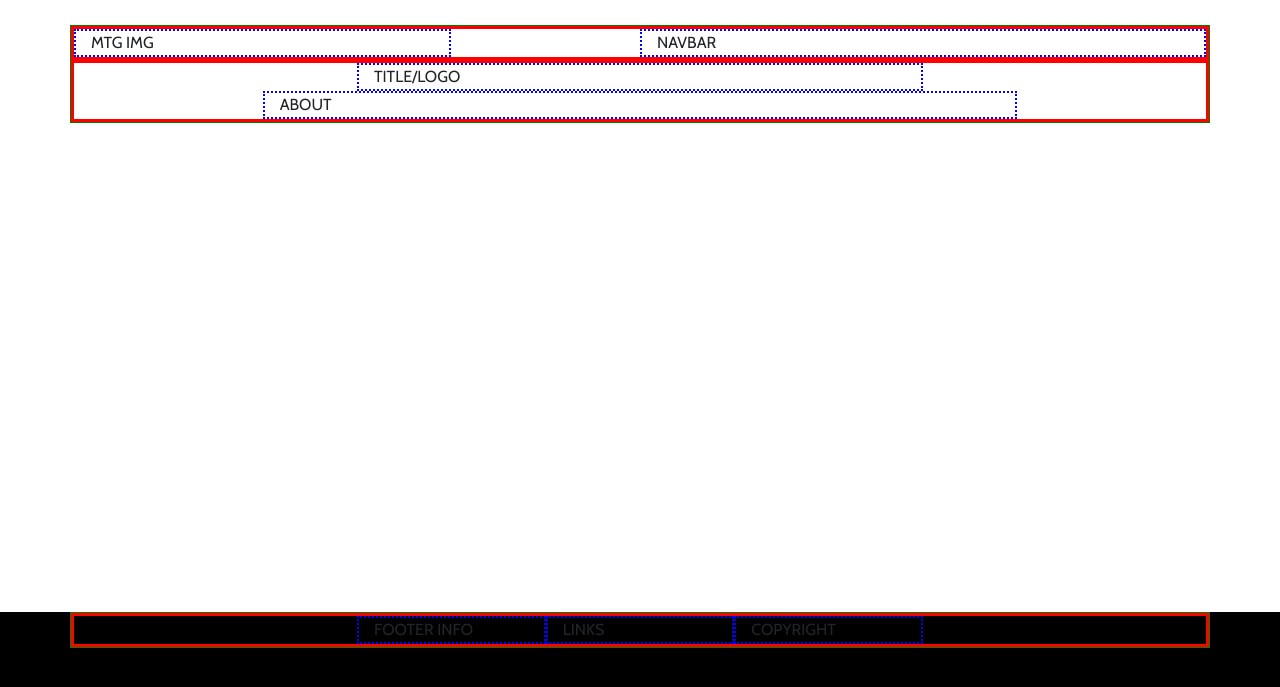
Repository: Code-Institute-Submissions/Milestone-Project-1-Art-Blog
Page: artisttemp.html
The author's editor kept a record of every edit. The page is drawn from the files as they stood at one moment, then again after the next edit.
The browser window is 1280 px wide. The pictures show the whole page.
Some web libraries are served in a nearby version.

Above is the page before.

After the next edit:
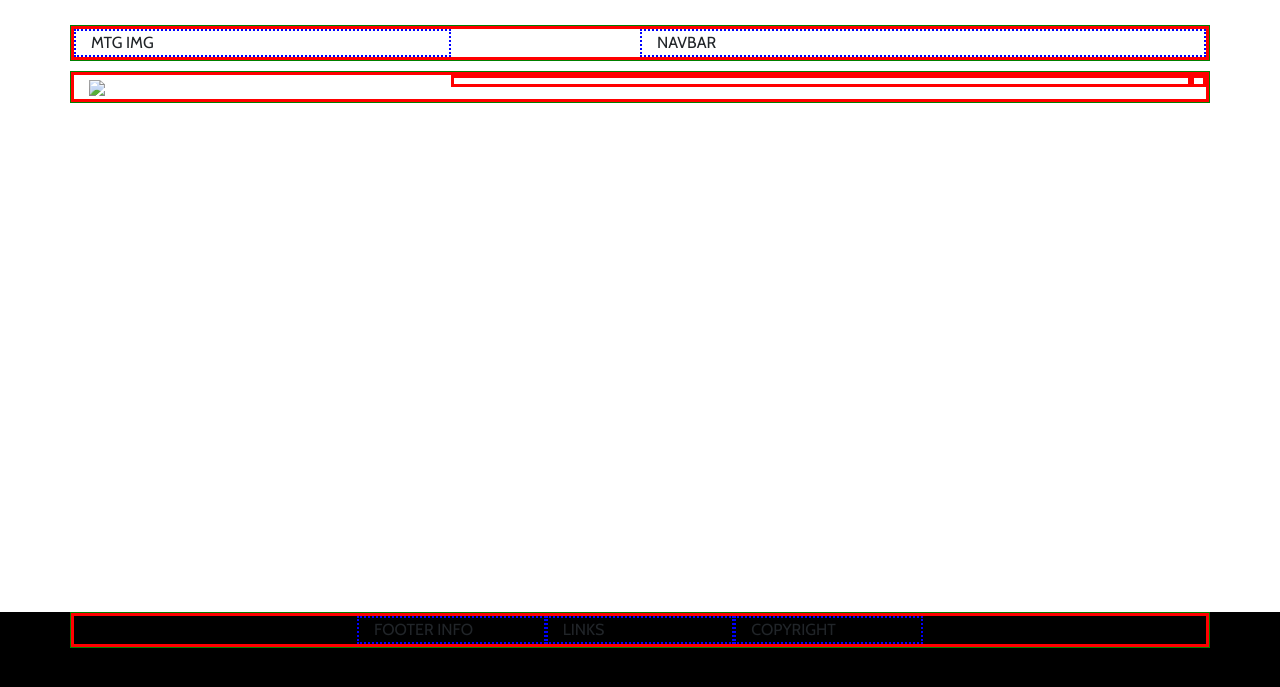
The edit:
--- a/artisttemp.html
+++ b/artisttemp.html
@@ -24,18 +24,25 @@
                     NAVBAR
                 </div>
             </div>
-            <div class="row my-row">
-                <div class="offset-3 col-6 my-col">
-                    TITLE/LOGO
-                </div>
-                <div class="offset-2 col-8 my-col">
-                    ABOUT
-                </div>
-            </div>
         </div>
     </header>
 
     <content>
+        <div class="container my-container">
+            <div class="row my-row">
+                <div class="col-4">
+                    <img src="#"></img>
+                </div>
+                <div class="col-8">
+                    <div class="row my-row">
+                        <div class="col-12">
+
+                        </div>
+                        <div class="row my-row"></div>
+                    </div>
+                </div>
+            </div>
+        </div>
 
     </content>
 
